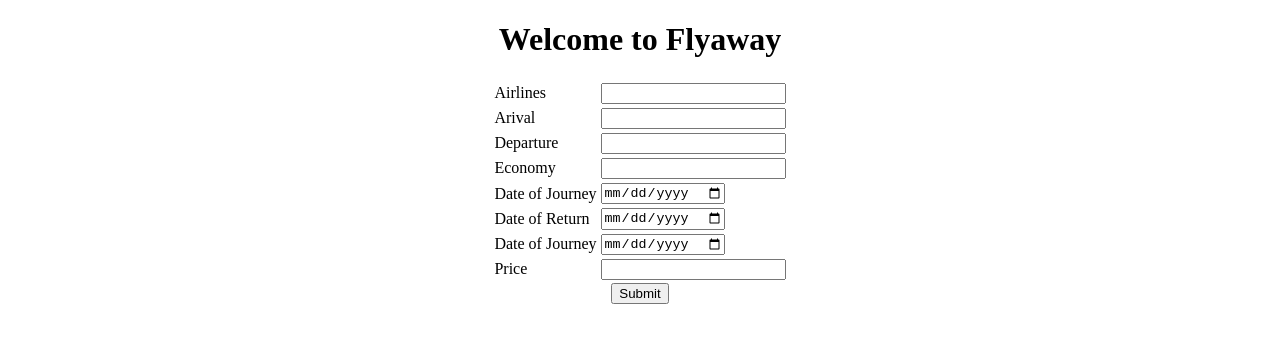
Repository: sahith-ginne/sahithginne_Phase2_NishaWaikar
Page: http://localhost/Flyaway/Home.jsp
An editor plug-in stored every save of this project. The page is shown before and after the next save, followed by the edit.
The browser window is 1280 px wide. The pictures show the whole page.
The page is served by Tomcat 9. Queries for data that is not in the repository find no rows.

Above is the page before, as saved 2021-05-01 12:29:57.

After the next save:
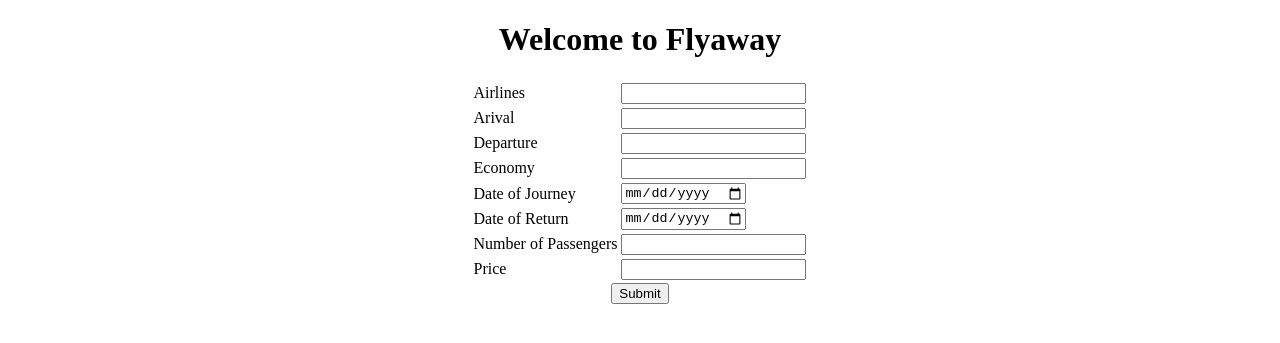
Saved 118 s later.
--- a/Flyaway/WebContent/Home.jsp
+++ b/Flyaway/WebContent/Home.jsp
@@ -48,11 +48,11 @@ Set<Flyaway> flyawayData = flyawayDao.getAllFlyaway();
    </tr>
    <tr>
     <td>Date of Return</td>
-   <td><input type ="date" id="date" name="date"/></td>
+   <td><input type ="date" id="date" name="date" /></td>
    </tr>
    <tr>
-    <td>Date of Journey</td>
-   <td><input type ="date" id="date" name="date"/></td>
+    <td>Number of Passengers</td>
+   <td><input type ="int"  name="no of passengers" required/></td>
    </tr>
     <tr>
      <td>Price</td>
